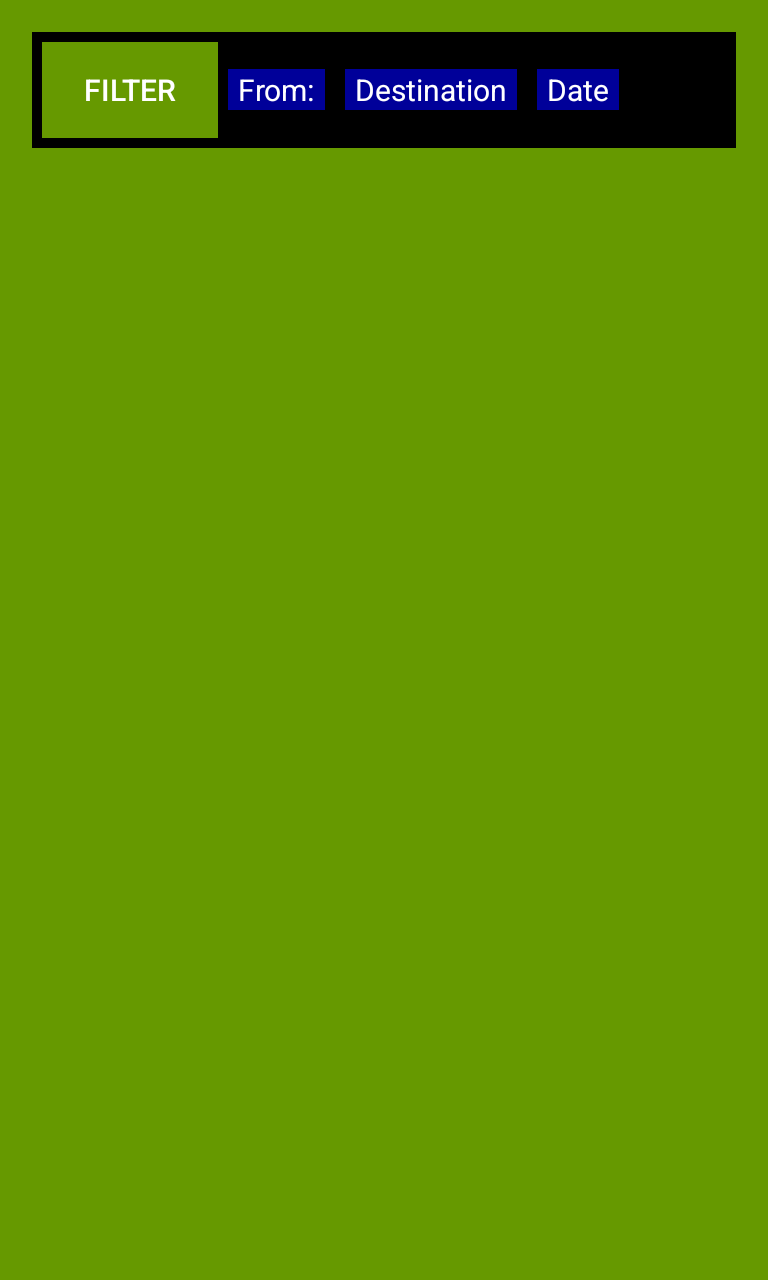
Repository: bwoldemi/LilyTrans
Layout: TransLily/res/layout/activity_ask_ride.xml
An editor plug-in stored every save of this project. The layout is shown before and after the next save, followed by the edit.
It is drawn on a 768 x 1280 px phone screen (xhdpi) without system bars, with theme AppTheme; the app's code is not run. Lists and similar views that code fills are empty.

Above is the layout before, as saved 2014-11-08 18:36:43.

### TransLily/res/layout/activity_ask_ride.xml
<LinearLayout xmlns:android="http://schemas.android.com/apk/res/android"
    xmlns:tools="http://schemas.android.com/tools"
    android:layout_width="match_parent"
    android:layout_height="match_parent"
    android:background="#669900"
    android:orientation="vertical"
    android:paddingBottom="@dimen/activity_vertical_margin"
    android:paddingLeft="@dimen/activity_horizontal_margin"
    android:paddingRight="@dimen/activity_horizontal_margin"
    android:paddingTop="@dimen/activity_vertical_margin"
    tools:context="com.example.translily.MainActivity" >

    <LinearLayout
        android:layout_width="fill_parent"
        android:layout_height="wrap_content"
        android:padding="5sp"
        android:background="@color/background_filter_layout"
        android:orientation="horizontal" >

        <Button
            android:layout_width="wrap_content"
            android:layout_height="wrap_content"
            android:onClick="filterSearchRide"
            android:text="@string/sort_rides"
            android:background="@color/background"
            android:textColor="#FFF"
            android:textSize="15sp" />

        <TextView
            android:id="@+id/ask_ride_from"
            android:layout_width="wrap_content"
            android:layout_height="wrap_content"
          	android:paddingTop="0sp"
          	android:paddingBottom="0sp"
            android:layout_marginLeft="5sp"
            android:layout_marginRight="5sp"

            android:background="@color/backgroundFrom"
            android:paddingLeft="5sp"
            android:paddingRight="5sp"
            android:text="@string/from"
            android:textColor="#FFF"
            android:textSize="15sp" />

        <TextView
            android:id="@+id/ask_ride_to"
            android:layout_width="wrap_content"
            android:layout_height="wrap_content"
            android:background="@color/backgroundFrom"
            android:layout_marginBottom="0dip"
            android:layout_marginLeft="5sp"
            android:layout_marginRight="5sp"
            android:layout_marginTop="0dip"
            android:paddingLeft="5sp"
            android:paddingRight="5sp"
            android:text="@string/destination"
            android:textColor="#FFF"
            android:textSize="15sp" />

        <TextView
            android:id="@+id/ask_ride_date"
            android:layout_width="wrap_content"
            android:layout_height="wrap_content"
            android:background="@color/backgroundFrom"
            android:layout_marginBottom="0dip"
            android:layout_marginLeft="5sp"
            android:layout_marginRight="5sp"
            android:layout_marginTop="0dip"
            android:paddingLeft="5sp"
            android:paddingRight="5sp"
            android:text="@string/date"
            android:textColor="#FFF"
            android:textSize="15sp" />
    </LinearLayout>

    <ListView
        android:id="@+id/ask_ride_lv"
        android:layout_width="fill_parent"
        android:layout_height="wrap_content" >
    </ListView>

</LinearLayout>

### TransLily/res/values/strings.xml
<?xml version="1.0" encoding="utf-8"?>
<resources>

    <string name="app_name">TransLily</string>
    <string name="hello_world">Hello world!</string>
    <string name="action_settings">Settings</string>
    <string name="lily">LILY Transportation </string>
    <string name="from">From: </string>
    <string name="starting_location">Enter starting point</string>
    <string name="destination_point">To: </string>
    <string name="ending_location">Enter your destination</string>
    <string name="senior_name"> Name: </string>
    <string name="typein_name"> Enter your full name here</string>
    <string name="contact_info"> Phone Number: </string>
    <string name="phone_number"> e.g 0458749818 </string>
    <string name="button_askride"> Search rides</string>
    <string name="button_offerride"> Offer ride</string>
    <string name="pick_time"> Pick time </string>
    <string name="pick_date"> Pick date </string>
    <string name="title_activity_ask_ride">Ask Ride Page</string>
    <string name="title_activity_booked_ride">BookedRideActivity</string>
    <string name="show_my_booked_rides">Show my booked rides</string>
    <string name="title_activity_post_ride">Post Ride Page</string>
    <string name="search_ride">Search ride </string>
    <string name="post_ride">Post ride </string>
    <string name="My_request_rides">My request rides </string>
    <string name="My_Post_rides">My posts </string>
    <string name="welcome_message">Welcome To Lily Transport </string>
    <string name="service_provider">Service provider </string>
    <string name="taxi_id">Taxi id/ Name</string>
    <string name="starting_point">Starting point</string>
    <string name="destination"> Destination </string>
    <string name="date"> Date </string>
    <string name="number_of_person">Number of Person</string>
    <string name="comment">Comment </string>
    <string name="title_activity_my_post_rides">My Post Rides Page</string>
    <string name="title_activity_reserved_post_rides">ReservedPostRides</string>
    <string name="cancel">Cancel</string>
    <string name="approve">Approve</string>
    <string name="save">Save</string>
    <string name="please_enter_name_phone"> Please eneter your name and phonenumber</string>
    <string name="full_name">Full Name</string>
    <string name="com.lily.pre">com.lily.pre</string>
    <string name="save_changes">Save Changes</string>
    <string name="change_your_data">Change your data</string>
    <string name="sort_rides">Filter</string>

    <color name="text_color">#FFF</color>
    <color name="background">#669900</color>
    <color name="backgroundFrom">#000099</color>
	<color name="background_filter_layout">#000</color>
    <string name="title_activity_basic_info">BasicInfoActivity</string>
    <string name="title_activity_setting">Setting</string>

</resources>

Loaded but not shown: TransLily/res/values/styles.xml (common file); TransLily/res/values-v11/styles.xml (common file); TransLily/res/values-v14/styles.xml (common file); TransLily/res/values/dimens.xml (common file); TransLily/res/values-w820dp/dimens.xml (common file)

After the next save:
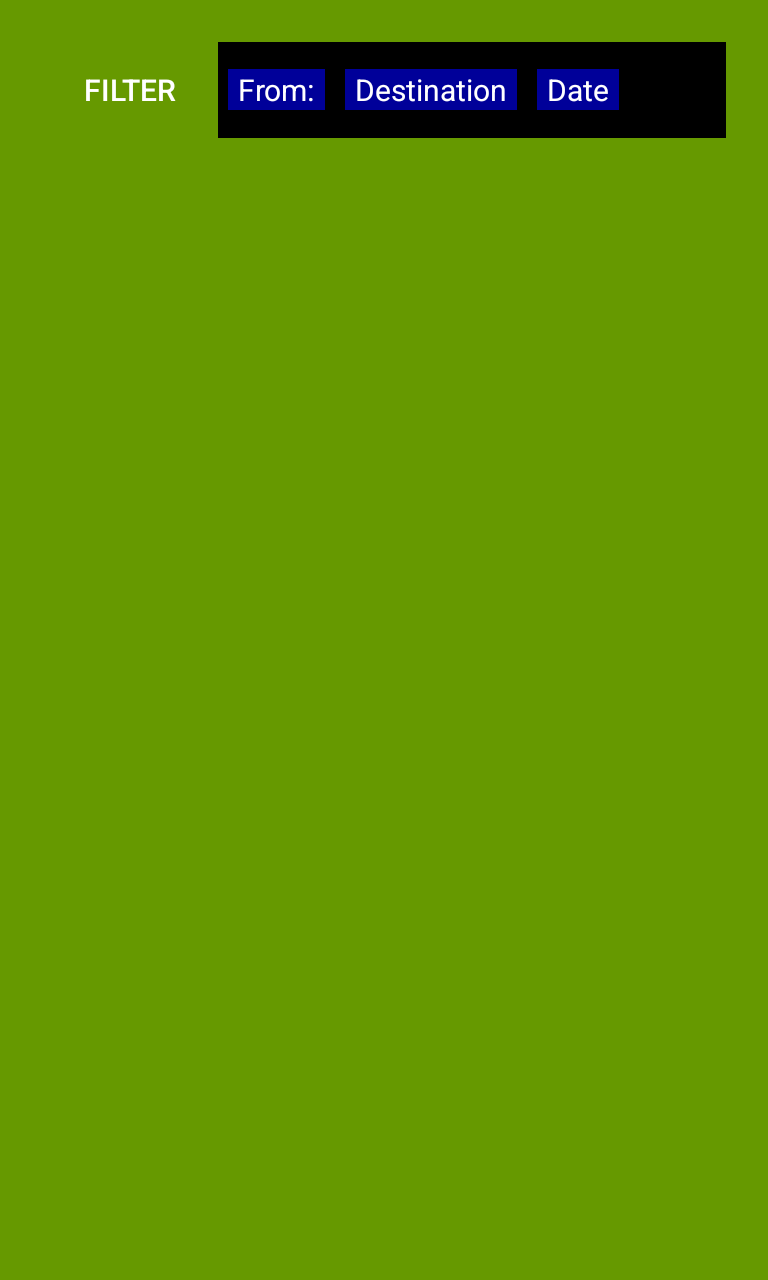
Saved 23 s later.
--- a/TransLily/res/layout/activity_ask_ride.xml
+++ b/TransLily/res/layout/activity_ask_ride.xml
@@ -13,7 +13,7 @@
     <LinearLayout
         android:layout_width="fill_parent"
         android:layout_height="wrap_content"
-        android:padding="5sp"
+        android:layout_margin="5sp"
         android:background="@color/background_filter_layout"
         android:orientation="horizontal" >
 

After the save that followed:
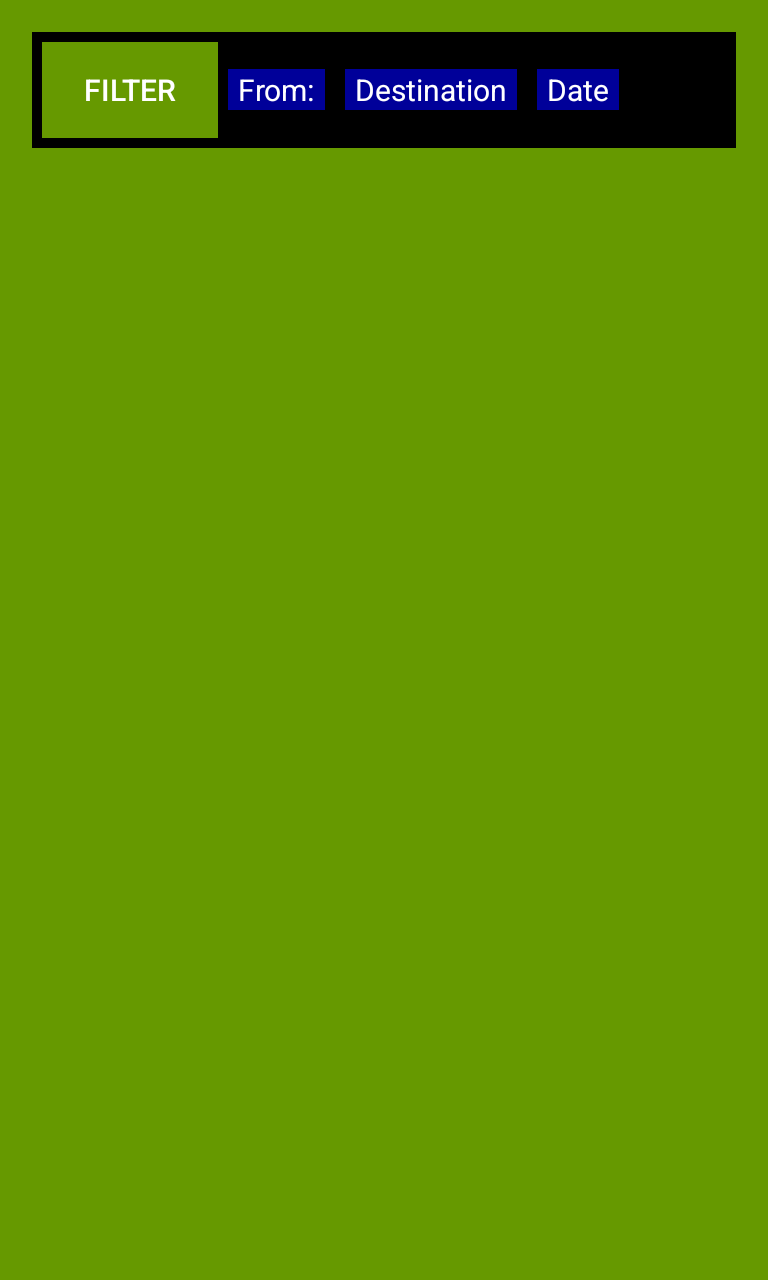
Saved 76 s later.
--- a/TransLily/res/layout/activity_ask_ride.xml
+++ b/TransLily/res/layout/activity_ask_ride.xml
@@ -13,7 +13,7 @@
     <LinearLayout
         android:layout_width="fill_parent"
         android:layout_height="wrap_content"
-        android:layout_margin="5sp"
+        android:padding="5sp"
         android:background="@color/background_filter_layout"
         android:orientation="horizontal" >
 
